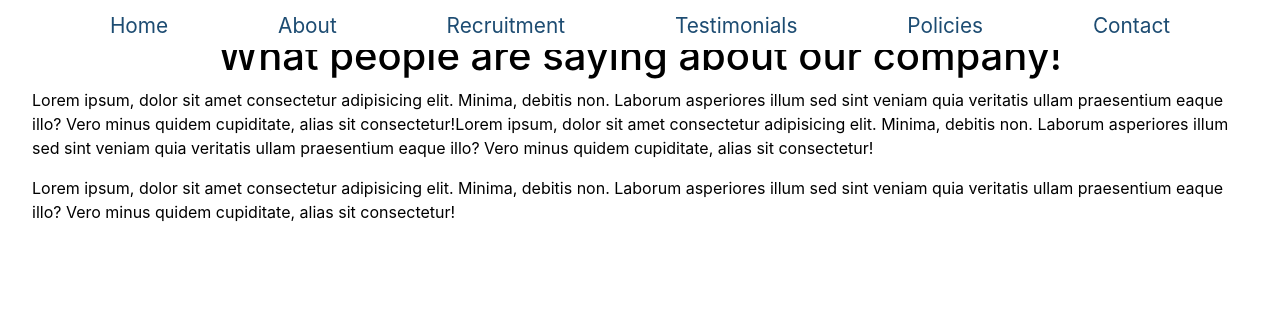
Repository: cerebrium/website
Page: /testimonials
An editor plug-in stored every save of this project. The page is shown before and after the next save, followed by the edit.
The browser window is 1280 px wide. The pictures show the whole page.
The project was rebuilt for these pictures with package versions that can differ from the ones it lists, and the page was loaded fresh each time. Also part of the build but not shown: src/Routes/About.jsx, src/Routes/Recruitment.jsx, src/Routes/Policies.jsx, src/Routes/Home.jsx, src/Routes/Contact.jsx.

Above is the page before, as saved 2019-11-02 13:49:00.

### src/App.jsx
import React from 'react';
import './styles/App.css'
import {
  BrowserRouter as Router,
  Route,
  Link
} from 'react-router-dom';
import About from './Routes/About'
import Recruitment from './Routes/Recruitment'
import Testimonials from './Routes/Testimonials'
import Policies from './Routes/Policies'
import Home from './Routes/Home'
import Contact from './Routes/Contact'

class App extends React.Component {
  render () {
    return (
      <Router>
        <div className='mainContainer'>
          <div className='navContainer'>
            <div><Link to='/' className='nav'>Home</Link></div><div><Link to='/about' className='nav'>About</Link></div><div><Link to='/recruitment' className='nav'>Recruitment</Link></div><div><Link to='/testimonials' className='nav'>Testimonials</Link></div><div><Link to='/policies' className='nav'>Policies</Link></div><div><Link to='/contact'className='nav'>Contact</Link></div>
          </div>
          <Route exact path='/' component={Home}/>
          <Route exact path='/about' component={About}/>
          <Route exact path='/recruitment' component={Recruitment}/>
          <Route exact path='/testimonials' component={Testimonials}/>
          <Route exact path='/policies' component={Policies}/>
          <Route exact path='/contact' component={Contact}/>
        </div>
      </Router>
    )
  }
}

export default App;

### src/styles/App.css

/***************************** MAIN APP STYLING ******************************/

.App {
  text-align: center;
}

.mainContainer {
  min-width: 100vw;
}

.navContainer {
  z-index: 1;
  display: flex;
  flex-flow: row;
  align-items: center;
  justify-content: space-evenly;
  position: fixed; /* Make it stick, even on scroll */
  width: 100%;
  margin: 0;
  padding: 0;
  height: 7%;
  background: white;
}

.nav {
  text-decoration: none;
  color: rgb(29, 76, 114);
  font-size: 1.3em;
}

/***************************** HOME APP STYLING ******************************/
.rowCentering {
  display: flex;
  justify-content: center;
  width: 100%;
  height: 100%;
}

.contentCentering {
  display: flex;
  align-items: flex-start;
  flex-flow: column;
  border: 5em;
  padding: 2em;
  /* margin: 5em; */
  width: 100%;
}

.contentBackground {
  height: 50vh;
  text-align: center;
  position: relative;
  width: 100%;
  background-image: url('./slideTwo.jpg');
  background-size: auto;
  margin: 2em 0em;
}

.pictureBackground {
  height: 50vh;
  text-align: center;
  position: relative;
  width: 100%;
  background-image: url('./slideOne.jpg');
  background-size: cover;
  margin: 4em 0em;
}

.bottomContent {
  color: black;
}

p{
  color: black;
}

textarea{
  position: relative;
  text-align: center;
  width: 95vw;
}

h1 {
  color: black;
  position: relative;
  text-align: center;
  width: 100%;
}

/***************************** testimonials APP STYLING ******************************/

.contentStyle {
  margin: 4em 0em;
}

### src/Routes/Testimonials.jsx
import React from 'react';

class Testimonials extends React.Component {
    render () {
        return (
            <div className='mainContainer'>
                <div className='rowCentering'>
                    <div className='contentCentering'>
                        <h1>What people are saying about our company!</h1>
                        <p>Lorem ipsum, dolor sit amet consectetur adipisicing elit. Minima, debitis non. Laborum asperiores illum sed sint veniam quia veritatis ullam praesentium eaque illo? Vero minus quidem cupiditate, alias sit consectetur!Lorem ipsum, dolor sit amet consectetur adipisicing elit. Minima, debitis non. Laborum asperiores illum sed sint veniam quia veritatis ullam praesentium eaque illo? Vero minus quidem cupiditate, alias sit consectetur!</p>
                        <p>Lorem ipsum, dolor sit amet consectetur adipisicing elit. Minima, debitis non. Laborum asperiores illum sed sint veniam quia veritatis ullam praesentium eaque illo? Vero minus quidem cupiditate, alias sit consectetur!</p>
                    </div>
                </div>
            </div>
        )
    }
}

export default Testimonials;

Loaded but not shown: public/index.html (common file); src/index.js (common file); src/index.css (common file); src/serviceWorker.js (common file)

After the next save:
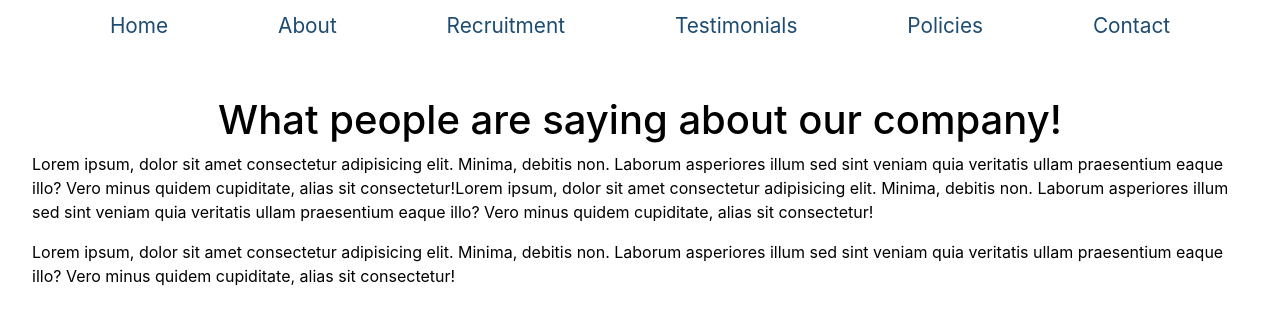
Saved 5 s later.
--- a/src/Routes/Testimonials.jsx
+++ b/src/Routes/Testimonials.jsx
@@ -5,7 +5,7 @@
         return (
             <div className='mainContainer'>
                 <div className='rowCentering'>
-                    <div className='contentCentering'>
+                    <div className='contentCentering contentStyle'>
                         <h1>What people are saying about our company!</h1>
                         <p>Lorem ipsum, dolor sit amet consectetur adipisicing elit. Minima, debitis non. Laborum asperiores illum sed sint veniam quia veritatis ullam praesentium eaque illo? Vero minus quidem cupiditate, alias sit consectetur!Lorem ipsum, dolor sit amet consectetur adipisicing elit. Minima, debitis non. Laborum asperiores illum sed sint veniam quia veritatis ullam praesentium eaque illo? Vero minus quidem cupiditate, alias sit consectetur!</p>
                         <p>Lorem ipsum, dolor sit amet consectetur adipisicing elit. Minima, debitis non. Laborum asperiores illum sed sint veniam quia veritatis ullam praesentium eaque illo? Vero minus quidem cupiditate, alias sit consectetur!</p>
